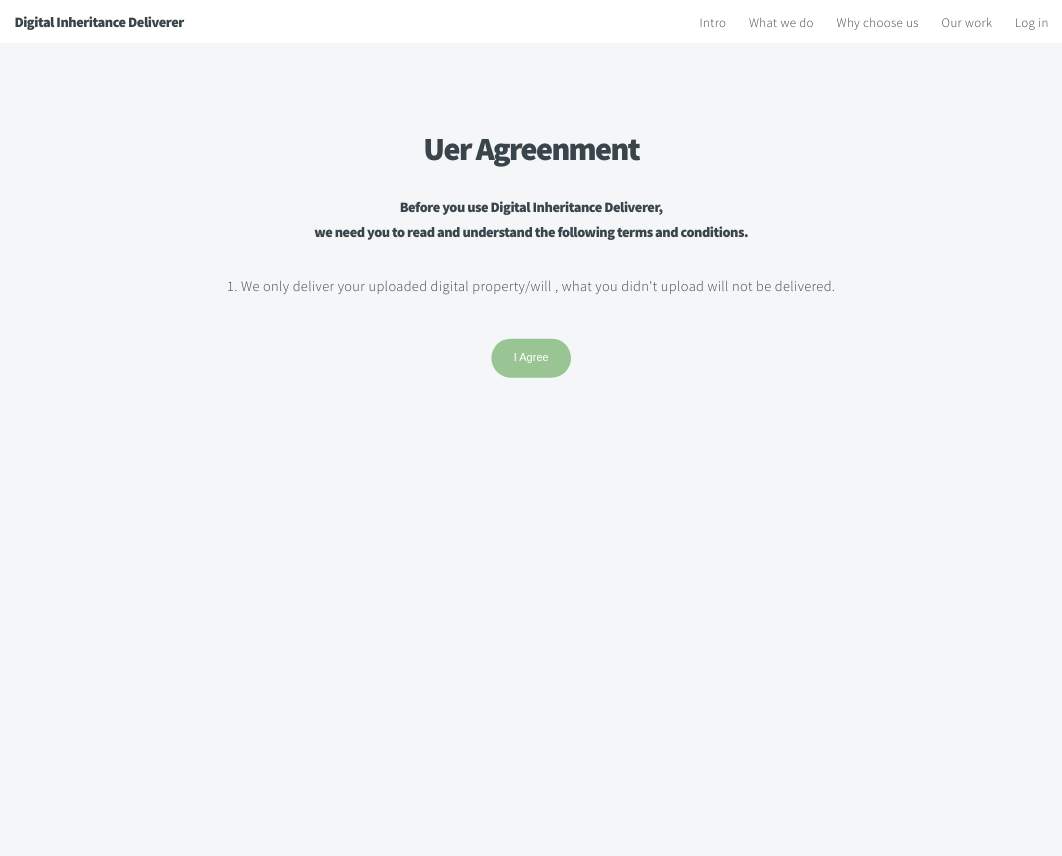
Repository: 1mocat/DID-blockchain-project
Page: Digital_I_D/app/src/UserAgreement.html
The author's editor kept a copy of each file at every save. The page is drawn from the files as they stood at one save, then again after the next save.
The browser window is 1280 px wide. The pictures show the whole page, at 83% of full size.

Above is the page before, as saved 2023-09-26 22:06:12.

### Digital_I_D/app/src/UserAgreement.html
<!DOCTYPE HTML>
<html>
	<head>
		<title>Digital Inheritance Deliverer</title>
		<meta charset="utf-8" />
		<meta name="viewport" content="width=device-width, initial-scale=1, user-scalable=no" />
		<link rel="stylesheet" href="assets_index/css/main.css" />
		<noscript><link rel="stylesheet" href="assets_index/css/noscript.css" /></noscript>
	</head>
	<body class="is-preload">

		<!-- Header -->
			<header id="header">
				<h1>Digital Inheritance Deliverer</h1>
				<nav>
					<ul>
						<li><a href="#intro">Intro</a></li>
						<li><a href="#one">What we do</a></li>
						<li><a href="#two">Why choose us</a></li>
						<li><a href="#work">Our work</a></li>
						<li><a href="#contact">Log in</a></li>
					</ul>
				</nav>
			</header>

		<!-- Contact -->
			<section id="contact" class="main style3 secondary">
				<div class="content">
					<header>
						<h2>Uer Agreenment</h2><br>
						<h3>Before you use Digital Inheritance Deliverer,<br> we need you to read and understand the following terms and conditions.</h3>
					</header>
					<p>1. We only deliver your uploaded digital property/will , what you didn't upload will not be delivered.</p><br>

					<a href="UserAgreement.html">
                        <button>I Agree</button>
                    </a>


					<br>
					<br>
					<br>
					<br>
					<br>
					<br>
					<br>
					<br>
					<br>
                    <br>
					<br>
					<br>
					<br>
					<br>
					<br>
					<br>
					<br>
					<br>
					<br>
					<br>
				</div>
			</section>

		<!-- Scripts -->
			<script src="assets_index/js/jquery.min.js"></script>
			<script src="assets_index/js/jquery.poptrox.min.js"></script>
			<script src="assets_index/js/jquery.scrolly.min.js"></script>
			<script src="assets_index/js/jquery.scrollex.min.js"></script>
			<script src="assets_index/js/browser.min.js"></script>
			<script src="assets_index/js/breakpoints.min.js"></script>
			<script src="assets_index/js/util.js"></script>
			<script src="assets_index/js/main.js"></script>

	</body>
</html>

Loaded but not shown: Digital_I_D/app/src/assets_index/js/jquery.min.js (library); Digital_I_D/app/src/assets_index/js/jquery.poptrox.min.js (library); Digital_I_D/app/src/assets_index/js/jquery.scrolly.min.js (common file); Digital_I_D/app/src/assets_index/js/jquery.scrollex.min.js (common file); Digital_I_D/app/src/assets_index/js/browser.min.js (common file); Digital_I_D/app/src/assets_index/js/breakpoints.min.js (common file); Digital_I_D/app/src/assets_index/css/fontawesome-all.min.css (library); Digital_I_D/app/src/assets_index/js/util.js (587 lines, source omitted); Digital_I_D/app/src/assets_index/js/main.js (219 lines, source omitted); Digital_I_D/app/src/assets_index/css/main.css (2312 lines, source omitted)

After the next save:
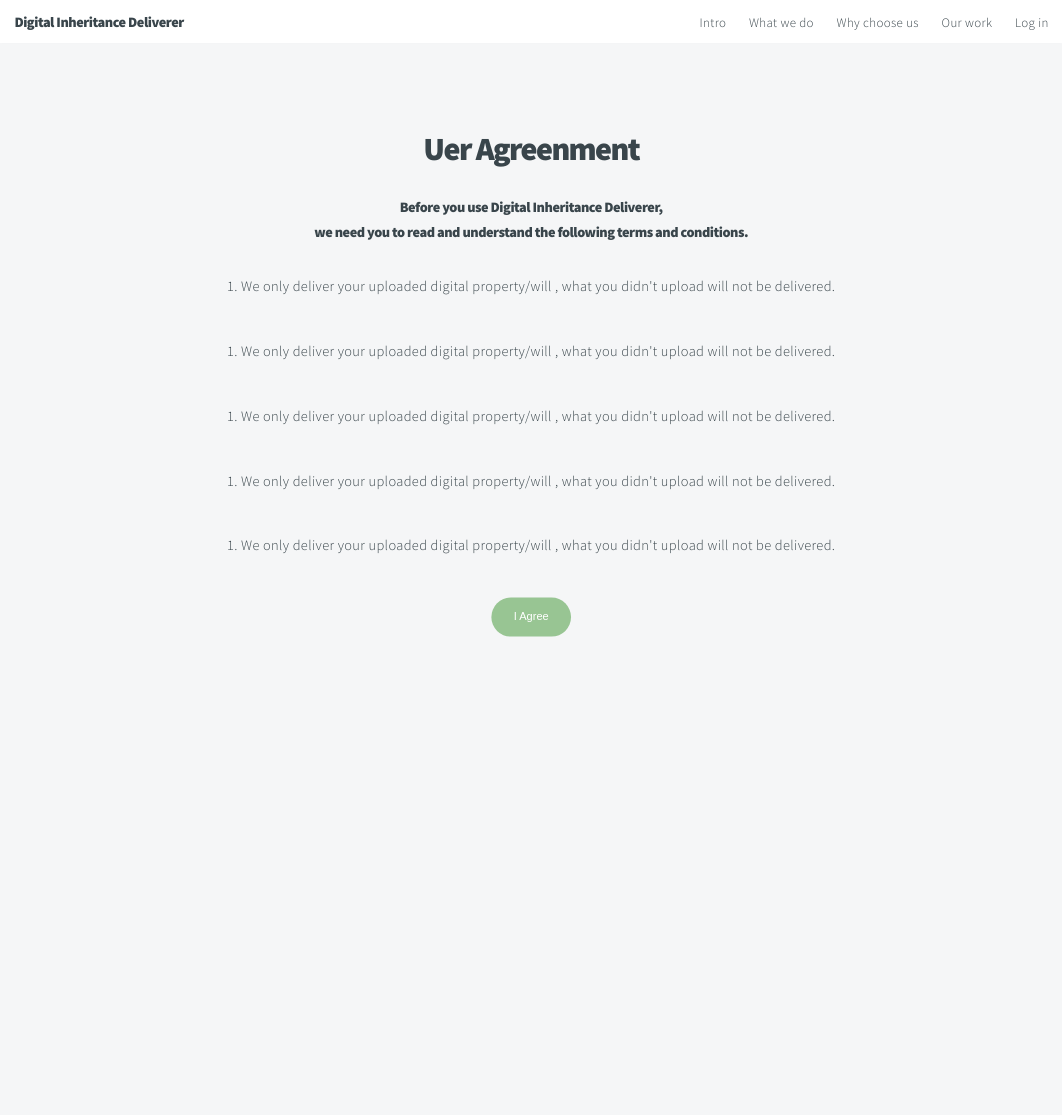
Saved 10 s later.
--- a/Digital_I_D/app/src/UserAgreement.html
+++ b/Digital_I_D/app/src/UserAgreement.html
@@ -31,7 +31,10 @@
 						<h3>Before you use Digital Inheritance Deliverer,<br> we need you to read and understand the following terms and conditions.</h3>
 					</header>
 					<p>1. We only deliver your uploaded digital property/will , what you didn't upload will not be delivered.</p><br>
-
+                    <p>1. We only deliver your uploaded digital property/will , what you didn't upload will not be delivered.</p><br>
+                    <p>1. We only deliver your uploaded digital property/will , what you didn't upload will not be delivered.</p><br>
+                    <p>1. We only deliver your uploaded digital property/will , what you didn't upload will not be delivered.</p><br>
+                    <p>1. We only deliver your uploaded digital property/will , what you didn't upload will not be delivered.</p><br>
 					<a href="UserAgreement.html">
                         <button>I Agree</button>
                     </a>

After the save that followed:
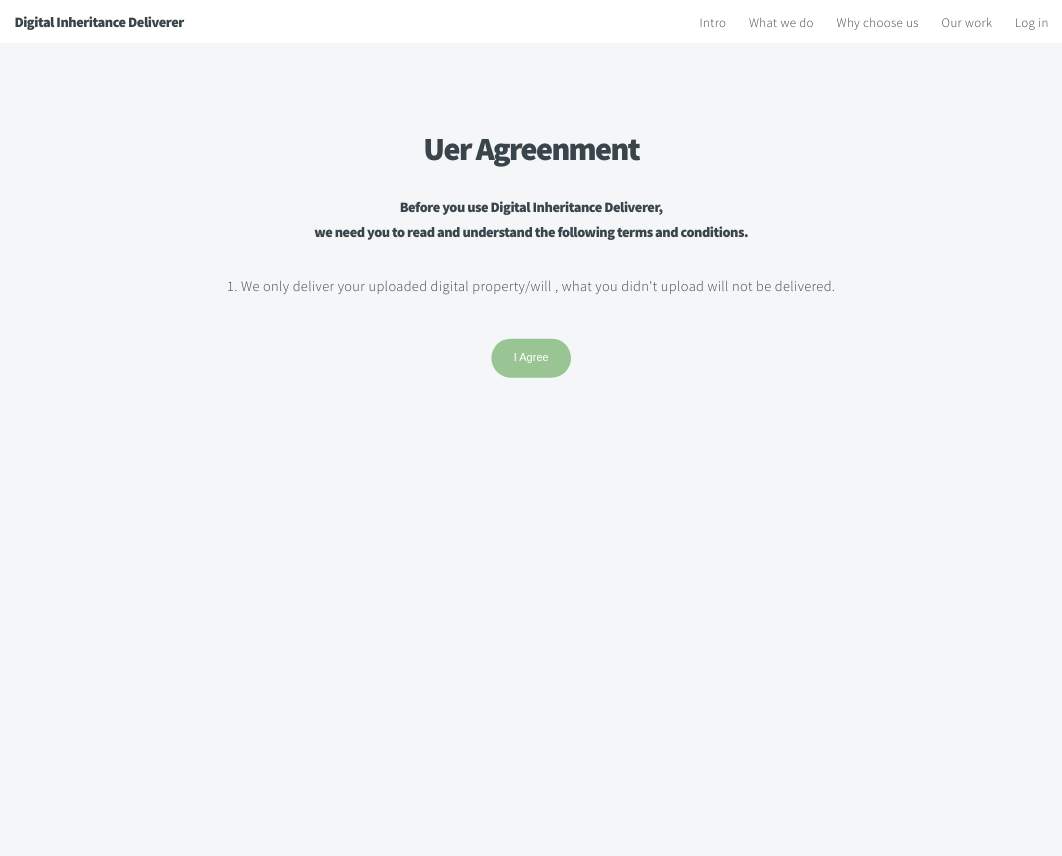
Saved 10 s later.
--- a/Digital_I_D/app/src/UserAgreement.html
+++ b/Digital_I_D/app/src/UserAgreement.html
@@ -31,10 +31,7 @@
 						<h3>Before you use Digital Inheritance Deliverer,<br> we need you to read and understand the following terms and conditions.</h3>
 					</header>
 					<p>1. We only deliver your uploaded digital property/will , what you didn't upload will not be delivered.</p><br>
-                    <p>1. We only deliver your uploaded digital property/will , what you didn't upload will not be delivered.</p><br>
-                    <p>1. We only deliver your uploaded digital property/will , what you didn't upload will not be delivered.</p><br>
-                    <p>1. We only deliver your uploaded digital property/will , what you didn't upload will not be delivered.</p><br>
-                    <p>1. We only deliver your uploaded digital property/will , what you didn't upload will not be delivered.</p><br>
+                    <p>
 					<a href="UserAgreement.html">
                         <button>I Agree</button>
                     </a>
